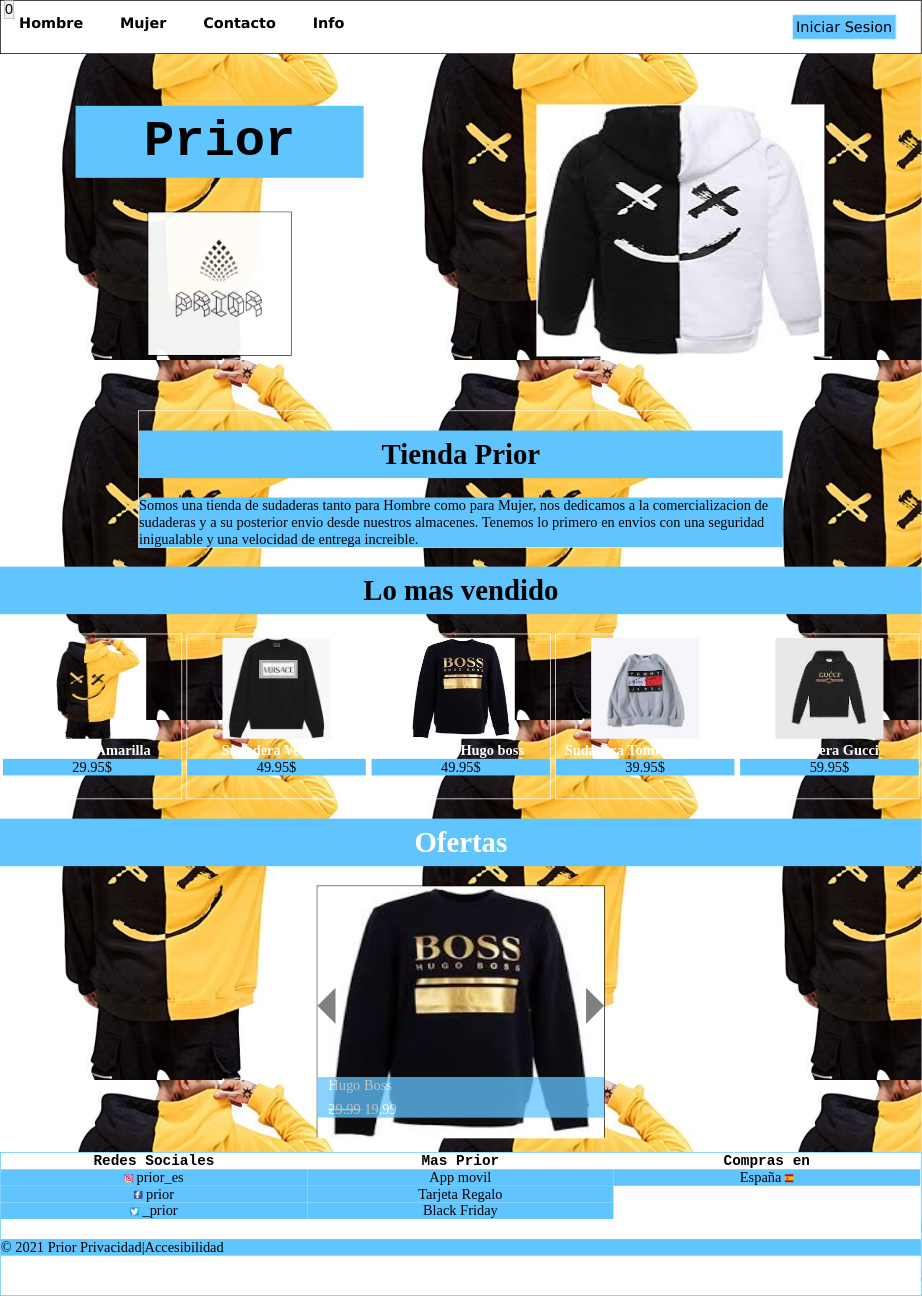
Repository: danilugones10/Proyecto
Page: main.html
An editor plug-in stored every save of this project. The page is shown before and after the next save, followed by the edit.
The browser window is 1280 px wide. The pictures show the whole page, at 72% of full size.

Above is the page before, as saved 2021-03-04 21:30:04.

After the next save:
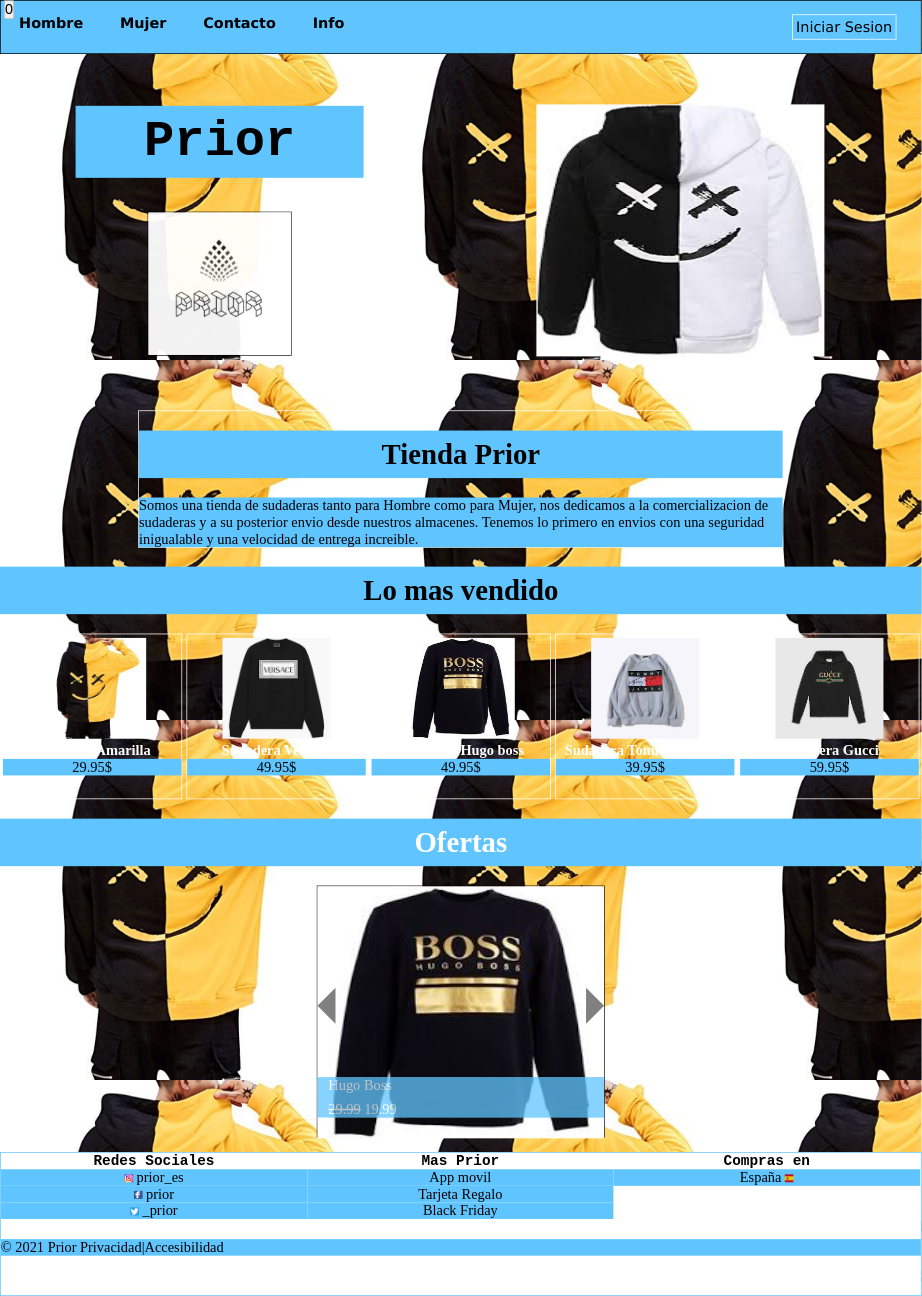
Saved 11 s later.
--- a/js/menu.js
+++ b/js/menu.js
@@ -1,6 +1,6 @@
 const header=document.querySelector('.header');
 const nav=document.createElement('nav');
-nav.className="menu menu__claro";
+nav.className="menu color__claro";
 const ul=document.createElement('ul');
 ul.className="menu__list";
 const fragment=document.createDocumentFragment();
